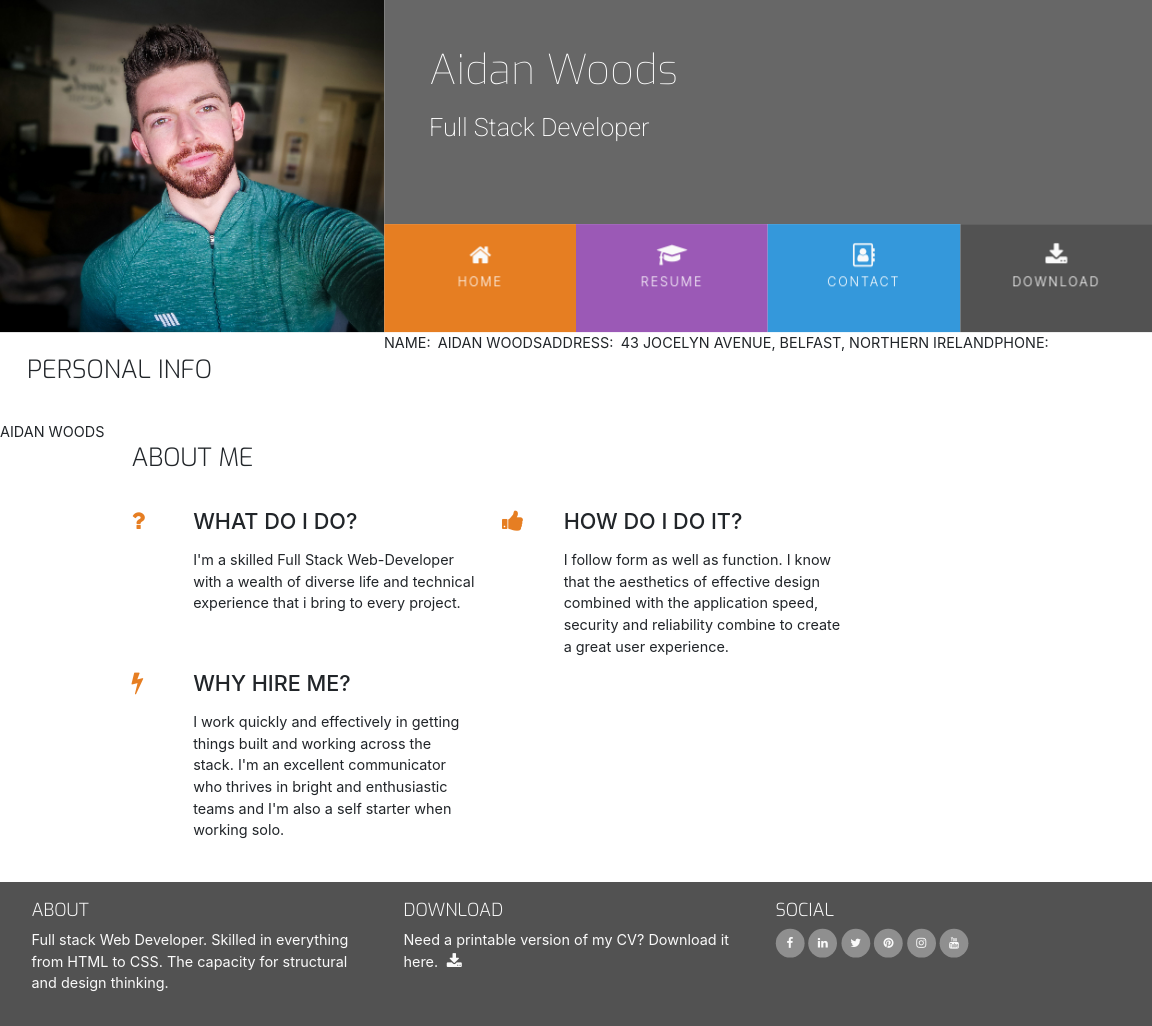
Repository: woodsyboi/Resume
Page: index.html
The author's editor kept a record of every edit. The page is drawn from the files as they stood at one moment, then again after the next edit.
The browser window is 1280 px wide. The pictures show the whole page, at 90% of full size.

Above is the page before.

### index.html
<!DOCTYPE html>
<html lang="en">

<head>
    <meta charset="UTF-8">
    <meta name="viewport" content="width=device-width, initial-scale=1.0">
    <meta http-equiv="X-UA-Compatible" content="ie=edge">
    <link rel="stylesheet" href="https://stackpath.bootstrapcdn.com/bootstrap/4.3.1/css/bootstrap.min.css" type="text/css" />
    <link rel="stylesheet" href="https://stackpath.bootstrapcdn.com/font-awesome/4.7.0/css/font-awesome.min.css" type="text/css" />
    <link rel="stylesheet" href="https://cdnjs.cloudflare.com/ajax/libs/hover.css/2.3.1/css/hover-min.css
" type="text/css" />
    <link rel="stylesheet" href="assets/css/style.css" type="text/css" />
    <title>Aidan</title>
</head>

<body>
    <header>
        <div class="row no-gutters">
            <a href="index.html" class="col-md-4 logo">

            </a>
            <div class="col-md-8">
                <div class="row no-gutters bg-color-name-title">
                    <div class="col heading">
                        <h1 class="name">Aidan Woods</h1>
                        <h2 class="title">Full Stack Developer</h2>
                    </div>

                </div>
                <div class="row no-gutters">
                    <div class="col">
                        <ul id="nav" class="list-inline menucontainer">
                            <li class="col-6 col-sm-3 ui-menu-color-home list-inline-item menuitem">
                                <a href="#" class="hvr-sweep-to-bottom"><i class="fa fa-home"></i><span>Home</span></a>
                            </li>
                            <li class="col-6 col-sm-3 ui-menu-color-resume list-inline-item menuitem">
                                <a href="#" class="hvr-sweep-to-bottom"><i class="fa fa-graduation-cap"></i><span>Resume</span></a>
                            </li>
                            <li class="col-6 col-sm-3 ui-menu-color-contact list-inline-item menuitem">
                                <a href="#" class="hvr-sweep-to-bottom"><i class="fa fa-address-book-o"></i><span>Contact</span></a>
                            </li>
                            <li class="col-6 col-sm-3 ui-menu-color-download list-inline-item menuitem">
                                <a href="#" class="hvr-sweep-to-bottom"><i class="fa fa-download"></i><span>Download</span></a>
                            </li>
                        </ul>
                    </div>
                </div>

            </div>
        </div>
    </header>

    <section class="container-fluid">

        <div class="row ">
            <div class="col-md-4 bg-color-personal-infor section-coloum">
                <div class="col-12">
                    <h3 class="section-heading uppercase">
                        Personal Info
                    </h3>
                </div>
            </div>
            <div class="personal-info-item">
                <div class="key">
                    <p class="uppercase">
                        Name:

                    </p>

                </div>
            </div>
            <div class="value">
                <p class="uppercase">
                    Aidan Woods
                </p>
            </div>
             <div class="personal-info-item">
                <div class="key">
                    <p class="uppercase">
                        Address:

                    </p>

                </div>
            </div>
            <div class="value">
                <p class="uppercase">
                    43 Jocelyn Avenue, Belfast, Northern Ireland
                </p>
            </div>
             <div class="personal-info-item">
                <div class="key">
                    <p class="uppercase">
                        Phone:

                    </p>

                </div>
            </div>
            <div class="value">
                <p class="uppercase">
                    Aidan Woods
                </p>
            </div>
            <div class="col-md-8 bg-color-three-reasons section-column">
                <div class="row">
                    <div class="col">
                        <h3 class="section-heading uppercase">About Me</h3>
                    </div>
                </div>
                <div class="row">
                    <div class="col-10 offset-1 offset-sm-0 col-sm-4 col-md-6">
                        <div class="row">
                            <div class="col-2">
                                <i class="three-reasons-icon fa fa-question" aria-hidden="true"></i>
                            </div>
                            <div class="col-10">
                                <h4 class="three-reasons-heading uppercase"> What do I do?</h4>
                                <p>
                                    I'm a skilled Full Stack Web-Developer with a wealth of diverse life and technical experience that i bring to every project.
                                </p>
                            </div>
                        </div>
                    </div>
                    <div class="col-10 offset-1 offset-sm-0 col-sm-4 col-md-6">
                        <div class="row">
                            <div class="col-2">
                                <i class="three-reasons-icon fa fa-thumbs-up" aria-hidden="true"></i>
                            </div>
                            <div class="col-10">
                                <h4 class="three-reasons-heading uppercase"> How Do I Do It?</h4>
                                <p>
                                    I follow form as well as function. I know that the aesthetics of effective design combined with the application speed, security and reliability combine to create a great user experience.

                                </p>
                            </div>
                        </div>
                    </div>
                    <div class="col-10 offset-1 offset-sm-0 col-sm-4 col-md-6">
                        <div class="row">
                            <div class="col-2">
                                <i class="three-reasons-icon fa fa-bolt" aria-hidden="true"></i>
                            </div>
                            <div class="col-10">
                                <h4 class="three-reasons-heading uppercase"> Why Hire Me?</h4>
                                <p>
                                    I work quickly and effectively in getting things built and working across the stack. I'm an excellent communicator who thrives in bright and enthusiastic teams and I'm also a self starter when working solo.
                                </p>
                            </div>
                        </div>
                    </div>


                </div>
            </div>
        </div>

    </section>


    <footer class="container-fluid">
        <div id="footer-details" class="row">
            <div class="col-sm-4">
                <h5 class="uppercase general-sub">About</h5>
                <p class="inline-block">
                    Full stack Web Developer. Skilled in everything from HTML to CSS. The capacity for structural and design thinking.</p>

            </div>
            <div class="col-sm-4">
                <h5 class="uppercase general-sub">Download</h5>
                <p class="inline-block">
                    Need a printable version of my CV? Download it here.
                    <a href="#" target="_blank" class="cv-pdf">
                        <i class="fa fa-download" aria-hidden="true"></i>
                        <span class="sr-only"> Download Link.</span>
                    </a>
                </p>

            </div>
            <div class="col-sm-4">
                <h5 class="uppercase general-sub">Social</h5>
                <ul class="list-inline social-links">
                    <li class="list-inline-item">
                        <a target="_blank" href="#">
                            <i class="fa fa-facebook" aria-hidden="true"></i>
                            <span class="sr-only">Facebook</span>
                        </a>
                    </li>
                    <li class="list-inline-item">
                        <a target="_blank" href="#">
                            <i class="fa fa-linkedin" aria-hidden="true"></i>
                            <span class="sr-only">LinkedIn</span>
                        </a>
                    </li>
                    <li class="list-inline-item">
                        <a target="_blank" href="#">
                            <i class="fa fa-twitter" aria-hidden="true"></i>
                            <span class="sr-only">Twitter</span>
                        </a>
                    </li>
                    <li class="list-inline-item">
                        <a target="_blank" href="#">
                            <i class="fa fa-pinterest" aria-hidden="true"></i>
                            <span class="sr-only">Pinterest</span>
                        </a>
                    </li>
                    <li class="list-inline-item">
                        <a target="_blank" href="#">
                            <i class="fa fa-instagram" aria-hidden="true"></i>
                            <span class="sr-only">Instagram</span>
                        </a>
                    </li>
                    <li class="list-inline-item">
                        <a target="_blank" href="#">
                            <i class="fa fa-youtube" aria-hidden="true"></i>
                            <span class="sr-only">YouTube</span>
                        </a>
                    </li>
                </ul>

            </div>
        </div>
    </footer>

</body>

</html>

### assets/css/style.css
@import url('https://fonts.googleapis.com/css?family=Roboto:100,200,300,400,500,600,700|Exo:100,200,300,400,500,600,700');


/*------------------------------Colors--------*/

.bg-color-name-title {
    background-color: #676767;
}


.bg-color-three-reasons {
    background-color:#fff;
}

.bg-color-personal-info {
    background-color: #f4f4f4;
}

.ui-menu-color-home {
    background-color: #e67e22;

}

.ui-menu-color-resume {
    background-color: #9b59b6;

}

.ui-menu-color-contact {
    background-color: #3498db;

}

.ui-menu-color-download {
    background-color: #525252;

}


/*----------------------------special paddings/margins/text*/

h1,
h2,
h3,
h4 {
    margin: 0;
}

.uppercase {
    text-transform: uppercase;
}

.general-sub {
    font-family:"Exo", sans-serif;
    font-weight: 300;
    color: #fafafa;
}

.inline-block{
    display:inline-block;
}

.row-table {
    display:table;
}

.section-column {
    display:table-cell;
    padding:0 30px 30px;
    float:none;
}

.section-heading{
    font-family:"Exo", sans-serif;
    font-weight: 300;
    margin-top: 25px;
    margin-bottom: 40px;
}
/*-------------------------------Heading--------*/

header {

    margin: 0;

}

.heading {
    margin-left: 50px;

}

.logo {
    background: url("../images/my_face.jpg");
    background-position: center;
    background-repeat: no-repeat;
    background-size: cover;
    min-height: 360px;
    transition: all .5s ease-in-out;
    -moz-transition: all .5s ease-in-out;
    -webkit-transition: all .5s ease-in-out;
}

.name {
    font-family: "Exo", sans-serif;
    font-weight: 100;
    font-size: 46px;
    margin-top: 50px;
    color: #fff;

}

.title {
    font-family: "Roboto", sans-serif;
    font-weight: 200;
    font-size: 28px;
    margin-top: 20px;
    margin-bottom: 90px;
    color: #fff;

}

.list-inline-item:not(:last-child) {
    margin: 0;
}

.menucontainer {
    font-size: 0;
}

#nav {
    margin: 0;
}

#nav li {
    font-size: 14px;
    padding: 0;
}


.menuitem {
    height: 120px;
    text-align: center;
    padding: 0;

}

.menuitem a {
    width: 100%;
    text-decoration: none;
    color: #fff;
    height: 120px;

}

.menuitem a i {
    padding-top: 22px;
    display: block;
    color: #fafafa;
    font-size: 26px;


}

.menuitem span {
    display: block;
    width: 100%;
    padding-top: 5px;
    text-align: center;
    text-transform: uppercase;
    font-size: 14px;
    font-weight: 300;
    letter-spacing: 2px;

}



/*----------------------------hover*/

.hvr-sweep-to-bottom:before {
    background-color: rgba(0, 0, 0, 0.2);
    height: 120px;

}


/*-------------------------------footer--------*/

footer{
    background-color: #525252;
    color:#fafafa;
    min-height: 120px;
}


.cv-pdf i{
   font-size: 18px;
   color: #fafafa;
   text-align: center;
   padding-left: 5px;
   transition: all 0.35s ease-in-out;
   -moz-transition: all 0.35s ease-in-out;
   -webkit-transition: all 0.35s ease-in-out;
   -o-transition: all 0.35s ease-in-out;

}

.cv-pdf i:hover {
    color:#e84710;
}

.social-links{
    padding-bottom: 15px;
}

.social-links li a i {
    width:32px;
    height:32px;
    padding:12px 0;
    border-radius:50%;
    font-size: 13px;
    line-height: 7px;
    text-align:center;
    color:#fafafa;
    background:#8f8f8f;
    transition: all 0.35s ease-in-out;
   -moz-transition: all 0.35s ease-in-out;
   -webkit-transition: all 0.35s ease-in-out;
   -o-transition: all 0.35s ease-in-out;

}

.social-links li a i:hover {
    background:#e84710;
}

#footer-details {
    padding:20px;
}

/*-------------------------------Three reasons--------*/

.three-reasons-icon {
    font-size:26px;
    color: #e67e22;
}

.three-reasons-heading {
    margin-bottom: 15px;
}

/*------------------------------Personal Info--------*/

.personal-info-item {
    margin-bottom:20px;
    display: block;
    clear: both;
}

.personal-info-item .key,
.personal-info-item .value {
    padding-right:8px;
    display:inline-block;

}

.personal-info-item .key p,
.personal-info-item .value p{
    margin:0;
}

After the next edit:
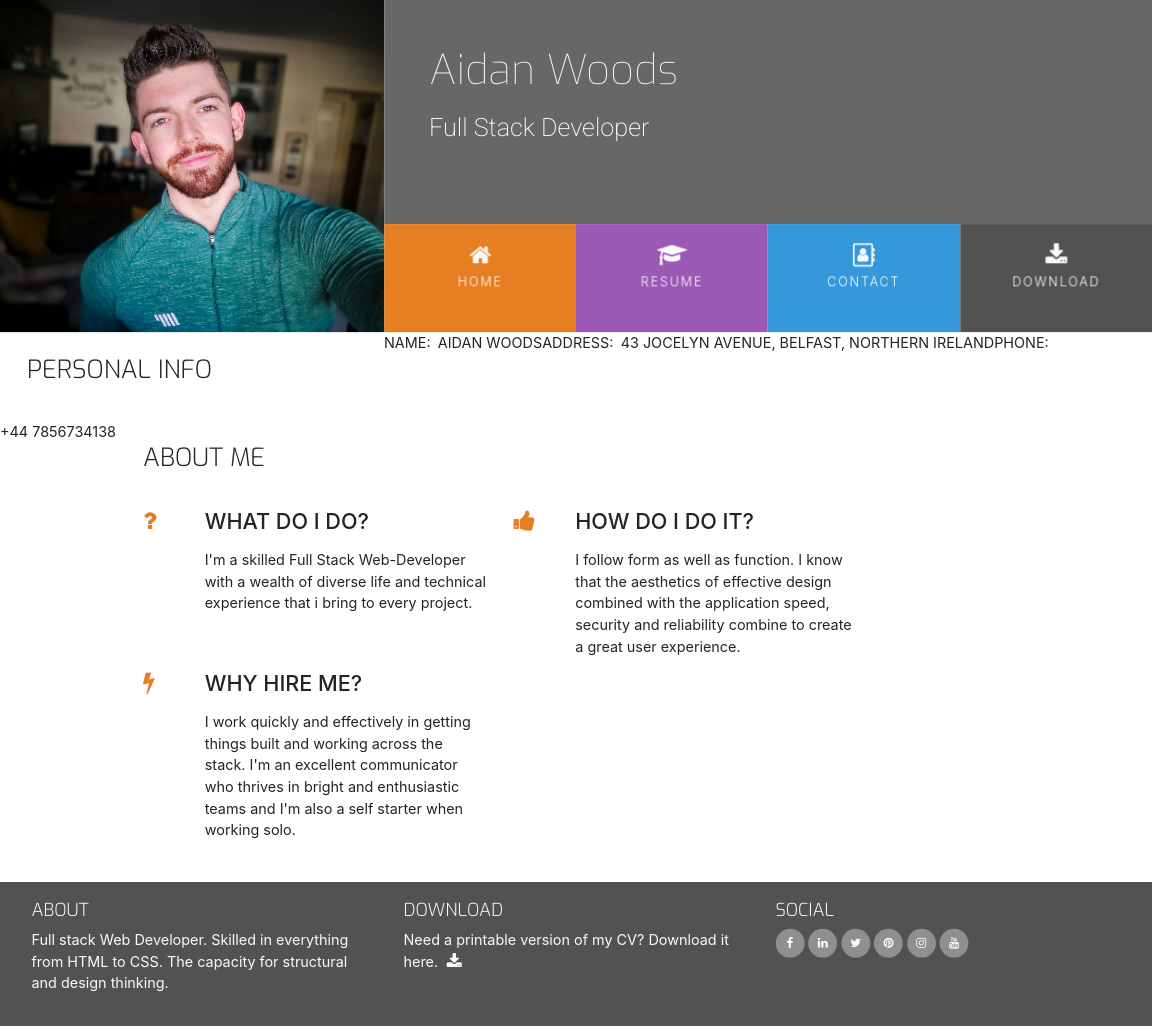
The edit:
--- a/index.html
+++ b/index.html
@@ -99,7 +99,7 @@
             </div>
             <div class="value">
                 <p class="uppercase">
-                    Aidan Woods
+                    +44 7856734138
                 </p>
             </div>
             <div class="col-md-8 bg-color-three-reasons section-column">
